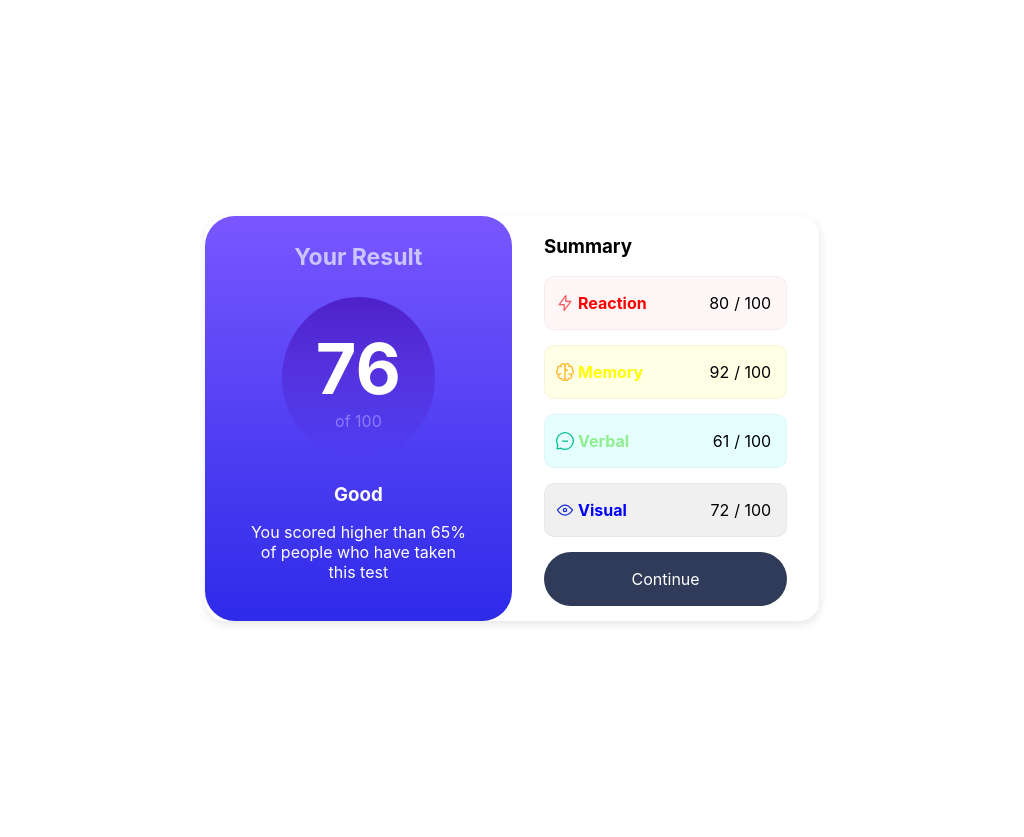
Repository: JeanPaulBassil/Result-Summary-Design
Page: /
The author's editor kept a copy of each file at every save. The page is drawn from the files as they stood at one save, then again after the next save.
The browser window is 1024 px wide. The pictures show the whole page.
The project was rebuilt for these pictures with package versions that can differ from the ones it lists, and the page was loaded fresh each time.

Above is the page before, as saved 2023-02-24 18:33:36.

### src/index.css
body {
  margin: 0;
  font-family: -apple-system, BlinkMacSystemFont, 'Segoe UI', 'Roboto', 'Oxygen',
    'Ubuntu', 'Cantarell', 'Fira Sans', 'Droid Sans', 'Helvetica Neue',
    sans-serif;
  -webkit-font-smoothing: antialiased;
  -moz-osx-font-smoothing: grayscale;
}

code {
  font-family: source-code-pro, Menlo, Monaco, Consolas, 'Courier New',
    monospace;
}

.app{
  width: 50vw;
  box-shadow: 1px 3px 10px rgba(0, 0, 0, .1);
  border-radius: 20px;
  display: block;
  margin: 30vh auto;
  display: grid;
  grid-template-columns: minmax(250px, 1fr) minmax(250px, 1fr);
}

@media (max-width: 1440px){
  .app {
    width: 55vw;
  }
}
@media (max-width: 1024px){
  .app {
    width: 60vw;
  }
}

### src/App.js
import Result from "./Components/Result/Result"
import Summary from "./Components/Summary/Summary"

export default function App() {
    return (
        <div className="app">
            <Result />
            <Summary />
        </div>
    )
};

### src/Components/Result/Result.js
import Description from "../Description/Description";
import Grade from "../Grade/Grade";
import data from "../../data.json";
import "./Result.css"

export default function Result() {
    const score = Math.floor(data.reduce((totalGrade, category) => totalGrade + category.score , 0) / data.length)

    return (
        <div className="result">
            <h3>Your Result</h3>
            <Grade score={score}/>
            <Description score={score}/>
        </div>
    )
};

### src/Components/Summary/Summary.js
import data from "../../data.json"
import './Summary.css'

export default function Summary() {
    const summary = data.map(part => {
        return (
            <div className={`part ${part.color}`}>
                <div>
                    <img className="icon" src={part.icon} alt={part.category}/>
                    <h4>{part.category}</h4>
                </div>
                <div className="secGrade">
                    <p>{part.score}</p>
                    <p>/ 100</p>
                </div>
            </div>
        )
    })

    return (
        <div className="summary">
            <h3>Summary</h3>
            <div>
                {summary}
            </div>
            <div className="button">
                <p>Continue</p>
            </div>
        </div>
    )
};

### src/Components/Description/Description.js
import "./Description.css"

export default function Description({score}) {
    const performance = _ => {
        if (score >= 90) return ['Excellent', `You scored higher than 85% of people who have taken this test`]
        else if (score >= 80) return ['Great', `You scored higher than 75% of people who have taken this test`]
        else if (score >= 70) return ['Good', `You scored higher than 65% of people who have taken this test`]
        else if (score >= 60) return ['Not enough', `You're above nearly half the people who have taken this test`]
        else return ['Fail', `Most people who have taken this test passed over you`]
    }

    return (
        <div className="description">
            <h3>{performance()[0]}</h3>
            <p>{performance()[1]}</p>
        </div>
    )
};

### src/Components/Grade/Grade.js
import "./Grade.css"

export default function Grade({score}) {
    return (
        <div className="grade">
            <h1>{score}</h1>
            <p>of 100</p>
        </div>
    )
};

### src/data.json


[
  {
    "category": "Reaction",
    "score": 80,
    "icon": "./assets/images/icon-reaction.svg",
    "color": "red"
  },
  {
    "category": "Memory",
    "score": 92,
    "icon": "./assets/images/icon-memory.svg",
    "color": "yellow"
  },
  {
    "category": "Verbal",
    "score": 61,
    "icon": "./assets/images/icon-verbal.svg",
    "color": "green"
  },
  {
    "category": "Visual",
    "score": 72,
    "icon": "./assets/images/icon-visual.svg",
    "color": "blue"
  }
]

### src/Components/Result/Result.css
.result {
    display: grid;
    grid-template-rows: 1fr 2fr 2fr;
    align-items: center;
    justify-items: center;
    height: 100%;
    width: 100%;
    background-image: linear-gradient(to bottom,hsl(252, 100%, 67%), hsl(241, 81%, 54%));
    border-radius: 30px;
    color: white;
}

.result > h3 {
    font-size: 23px;
    color: #cbc4ff;
}

### src/Components/Summary/Summary.css
.part {
    display: flex;
    justify-content: space-between;
    border: 1px solid rgba(0, 0, 0, .04);
    margin-bottom: 15px;
    border-radius: 10px;
    padding: 0 10px;
}

.button {
    display: flex;
    justify-content: center;
    border: 1px solid rgba(0, 0, 0, .04);
    margin-bottom: 15px;
    border-radius: 50px;
    padding: 0 10px;
    background-color: #303b59;
    color: white

}

.button:hover {
    cursor: pointer;
}

.icon {
    margin-right: 3px
}

.summary {
    padding: 0 2rem;
    display: flex;
    flex-direction: column;
    justify-content: center;
}

.summary > h3 {
    align-self: flex-start;
}

.part > div {
    display: flex;
    align-items: center;
    justify-content: center;
}

.secGrade > p {
    /* display: inline; */
    margin-right: 5px;
}

.red {
    background-color: rgba(255, 0, 0, 0.03);
}

.red > div > h4 {
    margin: 0;
    color: red;
}

.yellow {
    background-color: rgba(255, 255, 0, 0.1);
}

.yellow > div > h4 {
    margin: 0;
    color: yellow;
}

.green {
    background-color: rgba(0, 255, 255, 0.1);
}

.green > div > h4 {
    margin: 0;
    color: lightgreen;
}

.blue {
    background-color: rgba(0, 0, 0, 0.06);
}

.blue > div > h4 {
    margin: 0;
    color: blue;
}

### src/Components/Description/Description.css
.description {
    display: flex;
    flex-direction: column;
    align-items: center;
    justify-content: center;
}

.description > p{
    inline-size: 220px;
    text-align: center;
}

.description > h3 {
    margin: 0;
}

### src/Components/Grade/Grade.css
.grade {
    display: flex;
    flex-direction: column;
    justify-content: center;
    align-items: center;
    background-image: linear-gradient(to bottom, hsla(256, 72%, 46%, 1), hsla(241, 72%, 46%, 0));
    border-radius: 50%;
    inline-size: 50%;
    block-size: 100%;
}

.grade > h1 {
    margin: 0;
    font-size: 70px;
}

.grade > p {
    margin: 0;
    color: #8a7cff;
}

Loaded but not shown: public/index.html (common file); src/index.js (common file)

After the next save:
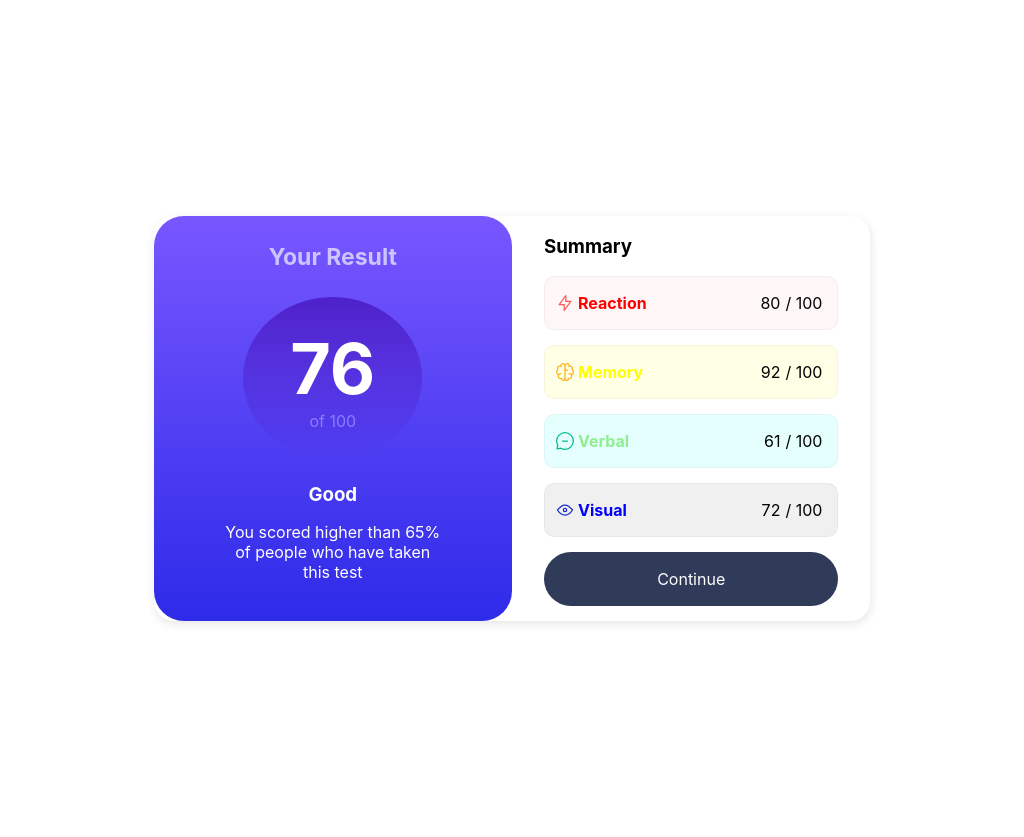
Saved 12 s later.
--- a/src/index.css
+++ b/src/index.css
@@ -29,6 +29,6 @@ code {
 }
 @media (max-width: 1024px){
   .app {
-    width: 60vw;
+    width: 70vw;
   }
 }
